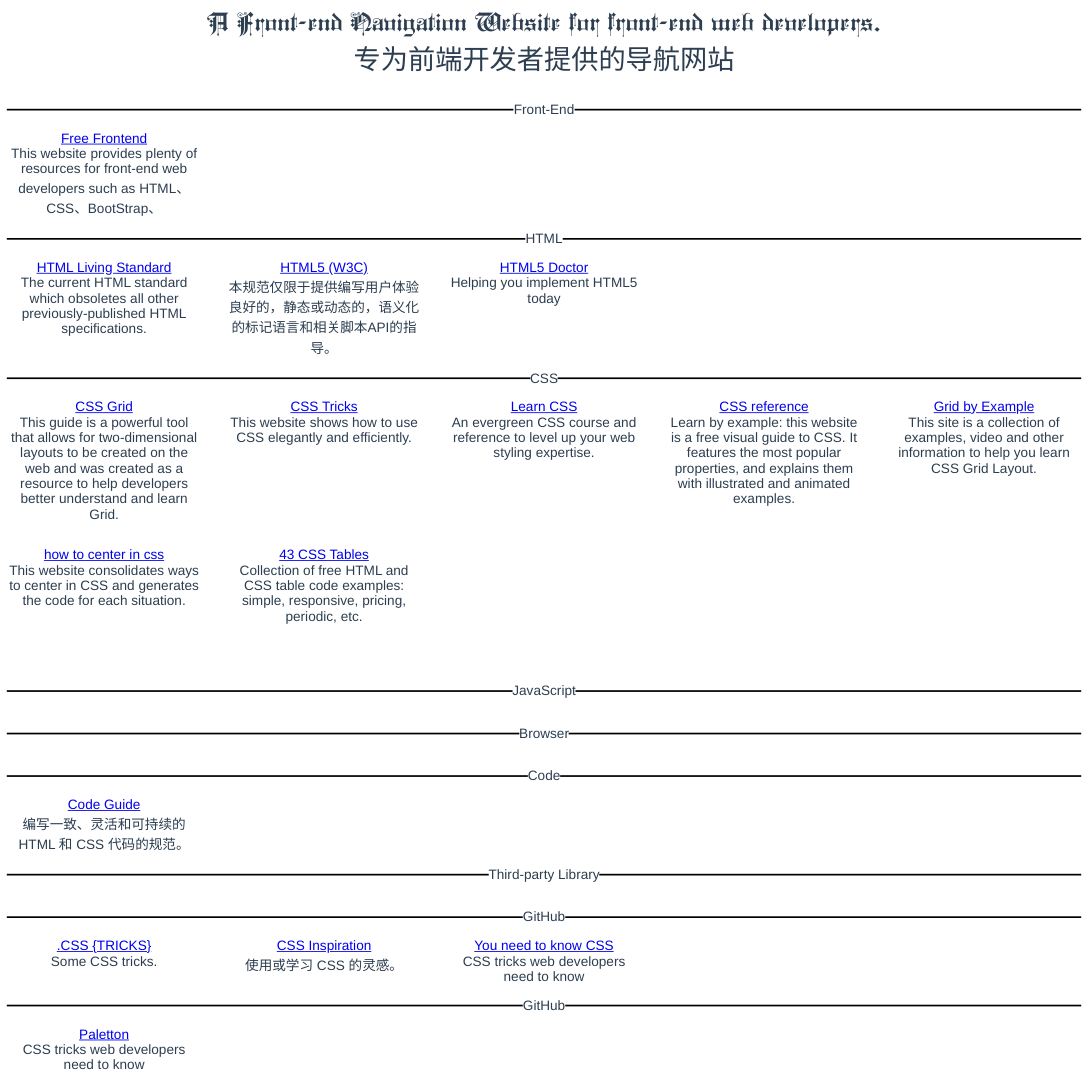
Repository: 321paranoiawhy/fenav.io
Page: /
An editor plug-in stored every save of this project. The page is shown before and after a run of saves, followed by the edit.
The browser window is 1280 px wide. The pictures show the whole page, at 85% of full size.
The project was rebuilt for these pictures with package versions that can differ from the ones it lists, and the page was loaded fresh each time. Also part of the build but not shown: vue.config.js.

Above is the page before, as saved 2022-04-06 01:00:00.

### src/views/HomeView.vue
<template>
    <div class="englishTitle">
        A Front-end Navigation Website for front-end web developers.
    </div>
    <div class="chineseTitle">专为前端开发者提供的导航网站</div>
    <!--  -->
    <p class="divider">Front-End</p>
    <div id="frontend" class="main">
        <div class="card">
            <a class="url" href="https://freefrontend.com/"
                >Free Frontend</a
            >
            <div class="description">
                This website provides plenty of resources for front-end web developers such as HTML、CSS、BootStrap、
            </div>
        </div>
    </div>
    <!-- HTML -->
    <p class="divider">HTML</p>
    <div id="HTML" class="main">
        <div class="card">
            <a class="url" href="https://html.spec.whatwg.org/"
                >HTML Living Standard</a
            >
            <div class="description">
                The current HTML standard which obsoletes all other
                previously-published HTML specifications.
            </div>
        </div>
        <div class="card">
            <a class="url" href="https://www.w3.org/html/ig/zh/wiki/HTML5"
                >HTML5 (W3C)</a
            >
            <div class="description">
                本规范仅限于提供编写用户体验良好的，静态或动态的，语义化的标记语言和相关脚本API的指导。
            </div>
        </div>
        <div class="card">
            <a class="url" href="http://html5doctor.com/">HTML5 Doctor</a>
            <div class="description">Helping you implement HTML5 today</div>
        </div>
    </div>
    <!-- CSS -->
    <p class="divider">CSS</p>
    <div id="CSS" class="main">
        <div id="grid" class="card">
            <a class="url" href="https://learncssgrid.com/">CSS Grid</a>
            <div class="description">
                This guide is a powerful tool that allows for two-dimensional
                layouts to be created on the web and was created as a resource
                to help developers better understand and learn Grid.
            </div>
        </div>
        <div id="tricks" class="card">
            <a class="url" href="https://css-tricks.com/">CSS Tricks</a>
            <div class="description">
                This website shows how to use CSS elegantly and efficiently.
            </div>
        </div>
        <div id="learn" class="card">
            <a class="url" href="https://web.dev/learn/css/">Learn CSS</a>
            <div class="description">
                An evergreen CSS course and reference to level up your web
                styling expertise.
            </div>
        </div>
        <div id="reference" class="card">
            <a class="url" href="https://cssreference.io/">CSS reference</a>
            <div class="description">
                Learn by example: this website is a free visual guide to CSS. It
                features the most popular properties, and explains them with
                illustrated and animated examples.
            </div>
        </div>
        <div id="grid" class="card">
            <a class="url" href="https://gridbyexample.com/">Grid by Example</a>
            <div class="description">
                This site is a collection of examples, video and other
                information to help you learn CSS Grid Layout.
            </div>
        </div>
        <div id="center in css" class="card">
            <a class="url" href="http://howtocenterincss.com/"
                >how to center in css</a
            >
            <div class="description">
                This website consolidates ways to center in CSS and generates
                the code for each situation.
            </div>
        </div>
        <div id="table" class="card">
            <a
                class="url"
                href="https://freefrontend.com/css-tables/#pricing-tables"
                >43 CSS Tables</a
            >
            <div class="description">
                Collection of free HTML and CSS table code examples: simple,
                responsive, pricing, periodic, etc.
            </div>
        </div>
    </div>
    <!-- JavaScript -->
    <p class="divider">JavaScript</p>
    <div id="JavaScript" class="main"></div>
    <!-- Browser -->
    <p class="divider">Browser</p>
    <div id="Browser" class="main"></div>
    <!-- Code -->
    <p class="divider">Code</p>
    <div id="Code" class="main">
        <div class="card">
            <a class="url" href="https://codeguide.bootcss.com/">Code Guide</a>
            <div class="description">
                编写一致、灵活和可持续的 HTML 和 CSS 代码的规范。
            </div>
        </div>
    </div>
    <!-- Third-party Library -->
    <p class="divider">Third-party Library</p>
    <div id="Code" class="main"></div>
    <!-- GitHub -->
    <p class="divider">GitHub</p>
    <div id="GitHub" class="main">
        <div id="tricks" class="card">
            <a class="url" href="https://github.com/QiShaoXuan/css_tricks"
                >.CSS {TRICKS}</a
            >
            <div class="description">Some CSS tricks.</div>
        </div>
        <div id="Inspiration" class="card">
            <a class="url" href="https://github.com/chokcoco/CSS-Inspiration"
                >CSS Inspiration</a
            >
            <div class="description">使用或学习 CSS 的灵感。</div>
        </div>
        <div id="" class="card">
            <a
                class="url"
                href="https://github.com/l-hammer/You-need-to-know-css"
                >You need to know CSS</a
            >
            <div class="description">
                CSS tricks web developers need to know
            </div>
        </div>
    </div>
    <!-- Color -->
    <p class="divider">GitHub</p>
    <div id="Code" class="main">
        <div id="" class="card">
            <a
                class="url"
                href="https://paletton.com/#uid=1000u0kllllaFw0g0qFqFg0w0aF"
                >Paletton</a
            >
            <div class="description">
                CSS tricks web developers need to know
            </div>
        </div>
    </div>
</template>

<script>
// @ is an alias to /src
export default {
    name: "Home",
    components: {},
};
</script>

<style scoped lang="scss">
@font-face {
    font-family: KingsCross;
    src: url(/public/fonts/KingsCross.ttf);
}
@font-face {
    font-family: NotoSansSC-Regular;
    src: url(/public/fonts/NotoSansSC-Regular.otf);
}
.englishTitle {
    font-family: KingsCross;
    font-size: 32px;
}
.chineseTitle {
    font-family: NotoSanSC-Regular;
    font-size: 32px;
    margin-bottom: 30px;
}
.main {
    display: grid;
    grid-template-columns: repeat(5, 1fr);
    grid-auto-rows: 1fr;
    grid-gap: 30px;
}
// 水平分割线 中间带文字
p {
    display: flex;
}
p:before,
p:after {
    content: "";
    flex: 1 1 0;
    border-bottom: 2px solid #000;
    margin: auto;
}
</style>

Loaded but not shown: public/index.html (common file); src/main.js (common file); src/App.vue (common file); src/router/index.js (common file); src/store/index.js (common file)

After the next 3 saves:
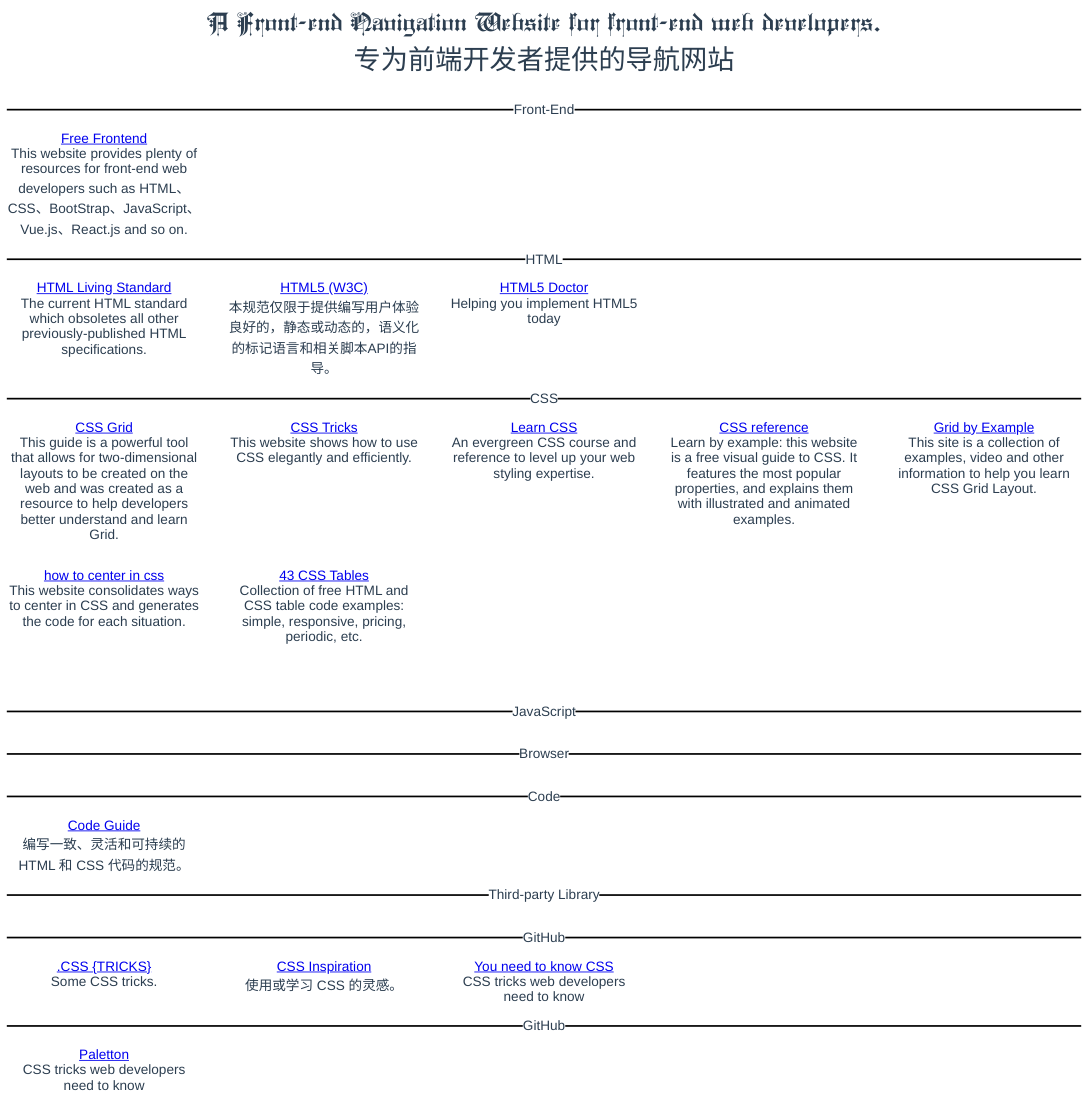
The 3 saves are shown as one change because they came seconds apart.
The last was saved 8 s later.
--- a/src/views/HomeView.vue
+++ b/src/views/HomeView.vue
@@ -11,7 +11,7 @@
                 >Free Frontend</a
             >
             <div class="description">
-                This website provides plenty of resources for front-end web developers such as HTML、CSS、BootStrap、
+                This website provides plenty of resources for front-end web developers such as HTML、CSS、BootStrap、JavaScript、Vue.js、React.js and so on.
             </div>
         </div>
     </div>
